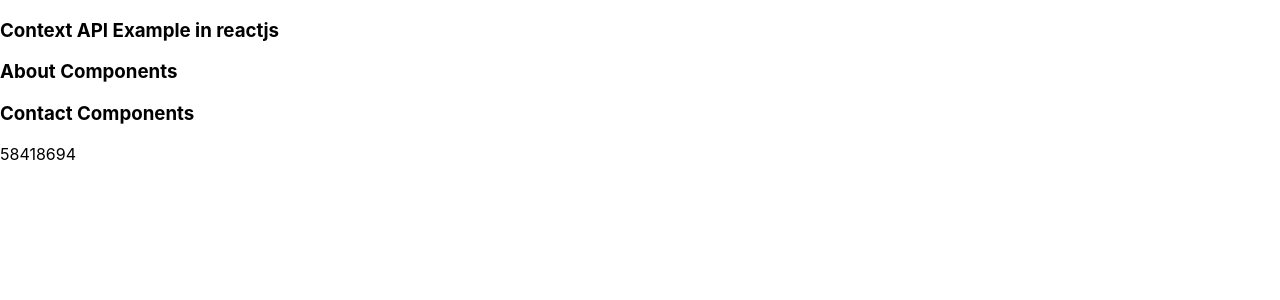
Repository: lalji-yadav/React-Context-API
Page: /inc-dec-reset
An editor plug-in stored every save of this project. The page is shown before and after the next save, followed by the edit.
The browser window is 1280 px wide. The pictures show the whole page.
The project was rebuilt for these pictures with package versions that can differ from the ones it lists, and the page was loaded fresh each time. Also part of the build but not shown: src/App.css, src/components/C.js, src/components/A.js, src/components/D.js, src/components/B.js.

Above is the page before, as saved 2021-02-10 18:01:08.

After the next save:
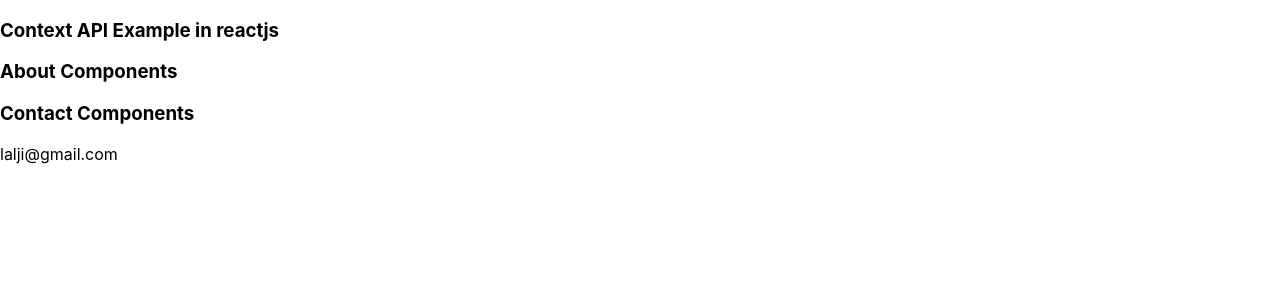
Saved 23 s later.
--- a/src/App.js
+++ b/src/App.js
@@ -12,7 +12,7 @@ function App() {
   const [data, setData] = useState({
     name: "Lalji Yadav Kamasin",
     mob:"8726650277",
-    email:'58418694'
+    email:'lalji@gmail.com'
   })
 
   return (
